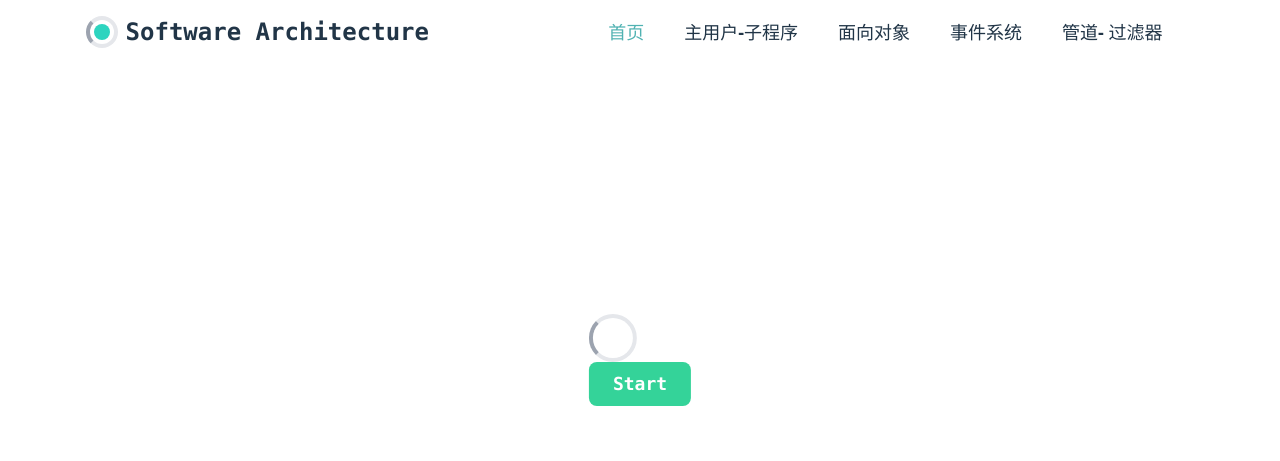
Repository: MarchRory/software_architecture_lab2
Page: / (app in lab2/)
The author's editor kept a copy of each file at every save. The page is drawn from the files as they stood at one save, then again after the next save.
The browser window is 1280 px wide. The pictures show the whole page.
The project was rebuilt for these pictures with package versions that can differ from the ones it lists, and the page was loaded fresh each time. Also part of the build but not shown: lab2/vite.config.ts. Imported but missing from the stored project, and not drawn on this page: lab2/src/views/OOP/index.vue, lab2/src/views/PipFilter/index.vue, lab2/src/views/eventsSys/index.vue, lab2/src/views/mainChild/index.vue.

Above is the page before, as saved 2023-11-16 14:49:56.

### lab2/index.html
<!doctype html>
<html lang="en">
  <head>
    <meta charset="UTF-8" />
    <link rel="icon" type="image/svg+xml" href="/vite.svg" />
    <meta name="viewport" content="width=device-width, initial-scale=1.0" />
    <title>经典软件体系结构</title>
  </head>
  <body>
    <div id="app"></div>
    <script type="module" src="/src/main.ts"></script>
  </body>
</html>

### lab2/src/main.ts
import { createApp } from 'vue'
import './style.css'
import './style/index.css'
import router from '@/router/index'
import App from './App.vue'
import "tailwindcss/tailwind.css"

createApp(App).use(router).mount('#app')

### lab2/src/style.css
:root {
  font-family: Inter, system-ui, Avenir, Helvetica, Arial, sans-serif;
  line-height: 1.5;
  font-weight: 400;

  color-scheme: light dark;
  color: rgba(255, 255, 255, 0.87);
  background-color: #242424;

  font-synthesis: none;
  text-rendering: optimizeLegibility;
  -webkit-font-smoothing: antialiased;
  -moz-osx-font-smoothing: grayscale;
  -webkit-text-size-adjust: 100%;
}

a {
  font-weight: 500;
  color: #646cff;
  text-decoration: inherit;
}
a:hover {
  color: #535bf2;
}

body {
  margin: 0;
  display: flex;
  place-items: center;
  min-width: 320px;
  min-height: 100vh;
}

@media (prefers-color-scheme: light) {
  :root {
    color: #213547;
    background-color: #ffffff;
  }
  a:hover {
    color: #747bff;
  }
  button {
    background-color: #f9f9f9;
  }
}

### lab2/src/router/index.ts
import { createRouter, createWebHashHistory, RouteRecordRaw } from "vue-router";
export const routes: Array<RouteRecordRaw> = [
    {
        path: '/',
        name: 'hello',
        meta: {
            tabName: '主页'
        },
        component: () => import('@/layout/index.vue'),
        redirect: '/home',
        children: [
            {
                path: '/home',
                name: 'home',
                component: () => import('@/views/hello/index.vue'),
                meta: {
                    title: '首页'
                }
            }, {
                path: '/mainChild',
                name: 'mainChild',
                component: () => import('@/views/mainChild/index.vue'),
                meta: {
                    title: '主用户-子程序'
                }
            }, {
                path: '/OOP',
                name: "OOP",
                component: () => import('@/views/OOP/index.vue'),
                meta: {
                    title: '面向对象'
                }
            }, {
                path: '/eventSys',
                name: "eventSys",
                component: () => import("@/views/eventsSys/index.vue"),
                meta: {
                    title: '事件系统'
                }
            }, {
                path: '/pipFilter',
                name: "pipFilter",
                component: () => import('@/views/PipFilter/index.vue'),
                meta: {
                    title: "管道- 过滤器"
                }
            }
        ]
    },
]

const router = createRouter({
    history: createWebHashHistory(),
    routes
})

export default router

### lab2/src/App.vue
<script setup lang="ts">
import { defineAsyncComponent } from 'vue';
import { useRouter } from 'vue-router'
const router = useRouter()
</script>

<template>
  <div id="app">
    <router-view></router-view>
  </div>
</template>

<style scoped>
#app{
  width: 100vw;
  height: 100vh;
}
</style>

### lab2/src/layout/index.vue
<script setup lang="ts">
	import { defineAsyncComponent } from 'vue';
	const Navbar = defineAsyncComponent(() => import('./navbar.vue'));
	const APPMain = defineAsyncComponent(() => import('./Main.vue'));
</script>

<template>
	<div class="flex flex-col w-full h-full">
		<Navbar />
		<APPMain class="flex-1" />
	</div>
</template>

### lab2/src/views/hello/index.vue
<script setup lang="ts">
	import { useRouter } from 'vue-router';
	const router = useRouter();
	function enter() {
		router.push({
			path: '/home',
		});
	}
</script>

<template>
	<div
		style="position: absolute; left: 50%; top: 50%; transform: translate(-50%, -50%)"
		class="flex flex-col justify-around"
	>
		<div class="flex items-center justify-center w-12 h-12 border-4 rounded-full border-l-gray-400">
			<div class=""></div>
		</div>
		<div
			@click="enter"
			class="px-6 py-2 font-mono text-lg font-bold text-white rounded-lg hover:cursor-pointer bg-emerald-400"
		>
			Start
		</div>
	</div>
</template>

<style scoped></style>

### lab2/src/layout/navbar.vue
<script setup lang="ts">
	import { useRouter, useRoute, RouteRecordRaw } from 'vue-router';
	import { routes } from '@/router';
	import { ref } from 'vue';
	const router = useRouter();
	const route = useRoute();
	const Navlist = ref();
	function initNav() {
		Navlist.value = routes[0].children?.map((route: RouteRecordRaw) => {
			return {
				path: route.path,
				title: route?.meta.title,
			};
		});
	}
	initNav();
	function switchTab(path: string) {
		router.push({
			path: path,
		});
	}
</script>

<template>
	<div class="flex items-center justify-around w-full h-16">
		<ul class="flex items-center justify-start list-none">
			<li
				class="flex items-center justify-center w-8 h-8 border-4 rounded-full border-l-gray-400"
			>
				<div class="w-4 h-4 bg-teal-400 rounded-full"></div>
			</li>
			<li class="font-mono text-2xl navFont">Software Architecture</li>
		</ul>
		<ul class="flex min-w-fit">
			<li
				@click="switchTab(navItem.path)"
				class="mr-8 font-sans text-lg transition-all navFont hover:cursor-pointer"
				:class="[route.path == navItem.path ? 'active' : '']"
				v-for="(navItem, index) in Navlist"
				:key="index"
			>
				{{ navItem.title }}
			</li>
		</ul>
	</div>
</template>

<style scoped>
	.navFont {
		@apply ml-2 font-bold;
	}
	.active {
		color: rgb(80, 178, 178);
	}
	/* 	.active::before {
		display: block;
		content: '';
		position: absolute;
		width: 12px;
		height: 12px;
		border-radius: 50%;
		background-color: rgb(80, 178, 178);
		transform: translate(100%, 50%);
	} */
</style>

### lab2/src/layout/Main.vue
<script setup lang="ts"></script>

<template>
	<div class="w-full h-auto px-56 pt-4 overflow-auto">
		<router-view></router-view>
	</div>
</template>

Loaded but not shown: lab2/src/style/index.css (common file); lab2/tailwind.config.js (common file)

After the next save:
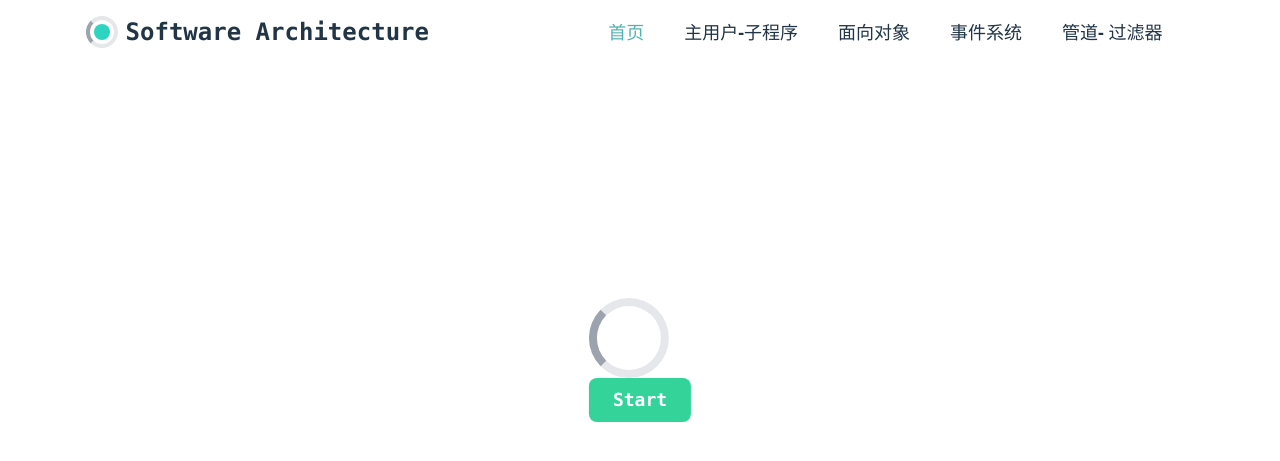
Saved 11 s later.
--- a/lab2/src/views/hello/index.vue
+++ b/lab2/src/views/hello/index.vue
@@ -13,7 +13,7 @@
 		style="position: absolute; left: 50%; top: 50%; transform: translate(-50%, -50%)"
 		class="flex flex-col justify-around"
 	>
-		<div class="flex items-center justify-center w-12 h-12 border-4 rounded-full border-l-gray-400">
+		<div class="flex items-center justify-center w-20 h-20 border-8 rounded-full border-l-gray-400">
 			<div class=""></div>
 		</div>
 		<div
